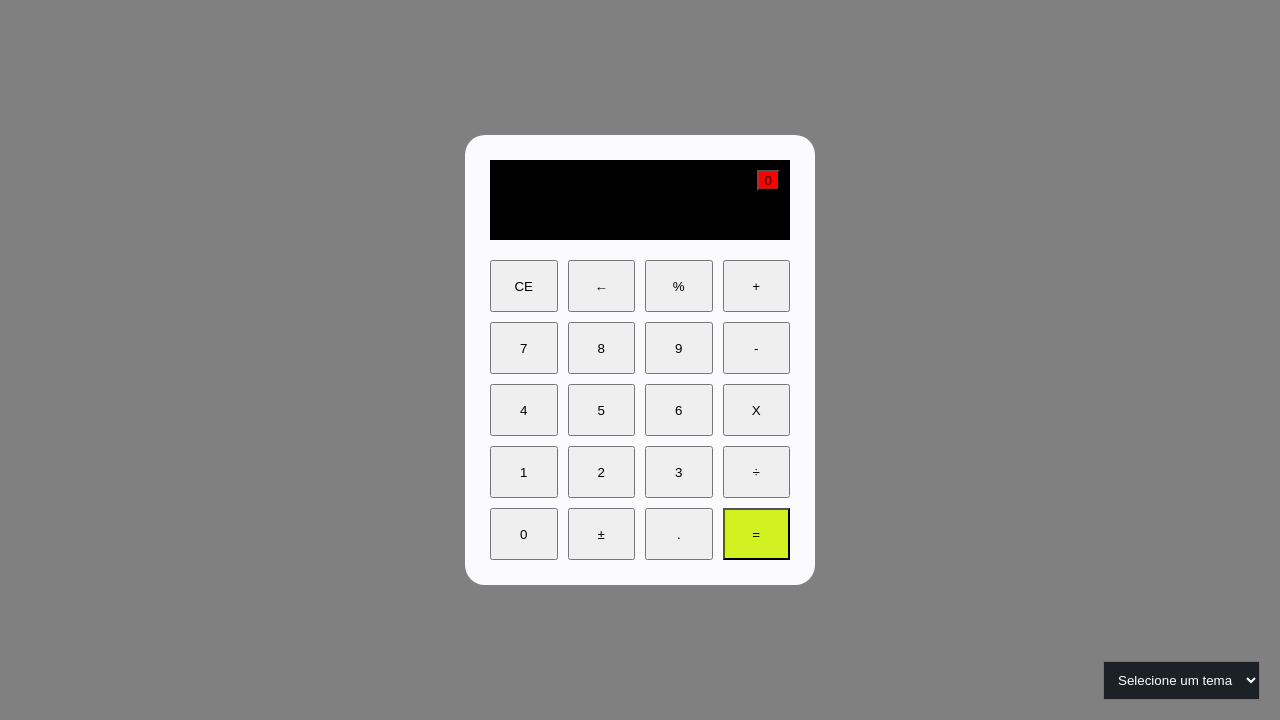
Repository: thislucasme/changing-theme-color-html-css-js
Page: index.html
These files come from the project's save history. The page is drawn as it stood at one moment and after the next save; the edit follows.
The browser window is 1280 px wide. The pictures show the whole page.

Above is the page before, as saved 2022-06-29 16:21:41.

After the next save:
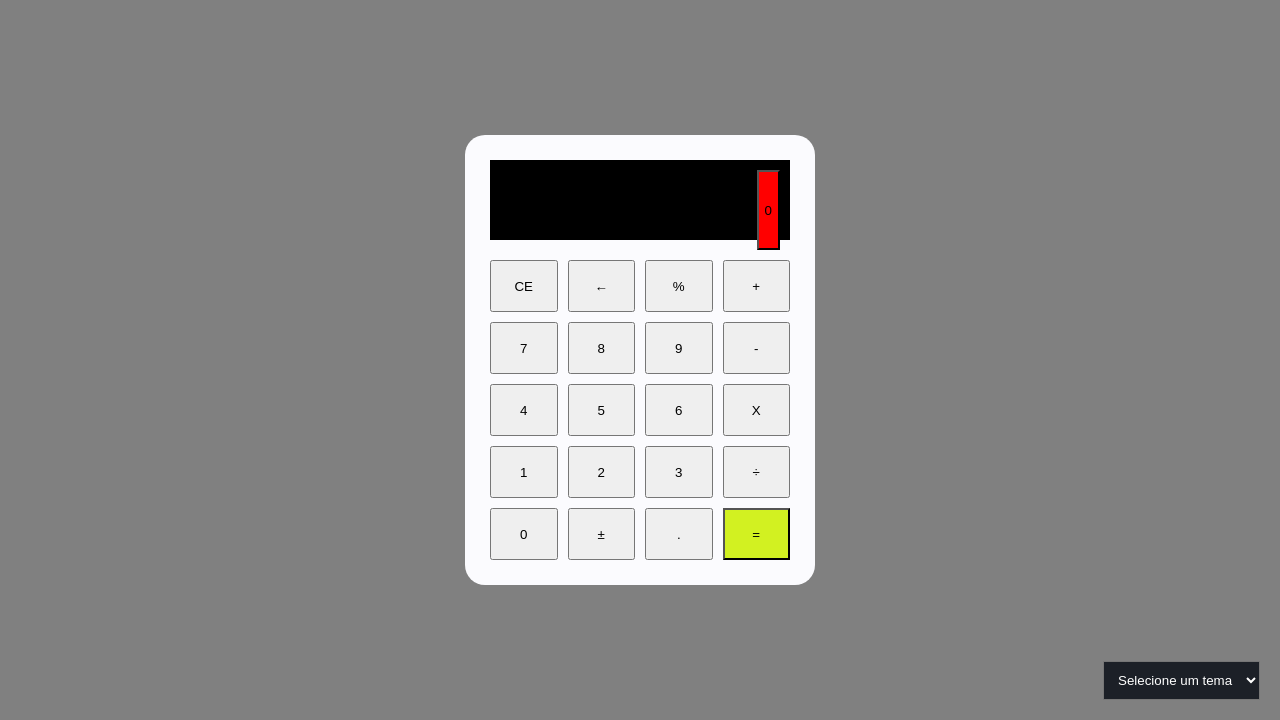
Saved 15 s later.
--- a/index.html
+++ b/index.html
@@ -14,7 +14,7 @@
         <div class="painel" >
             <div class="operacao" ></div>
             <div class="resultado"></div>
-            <button id="resultado" style="background-color: red;" name="resultado">0</button>
+            <button id="resultado" style="background-color: red; height: 80px;" name="resultado">0</button>
         </div>
 
         <div class="botoes">
